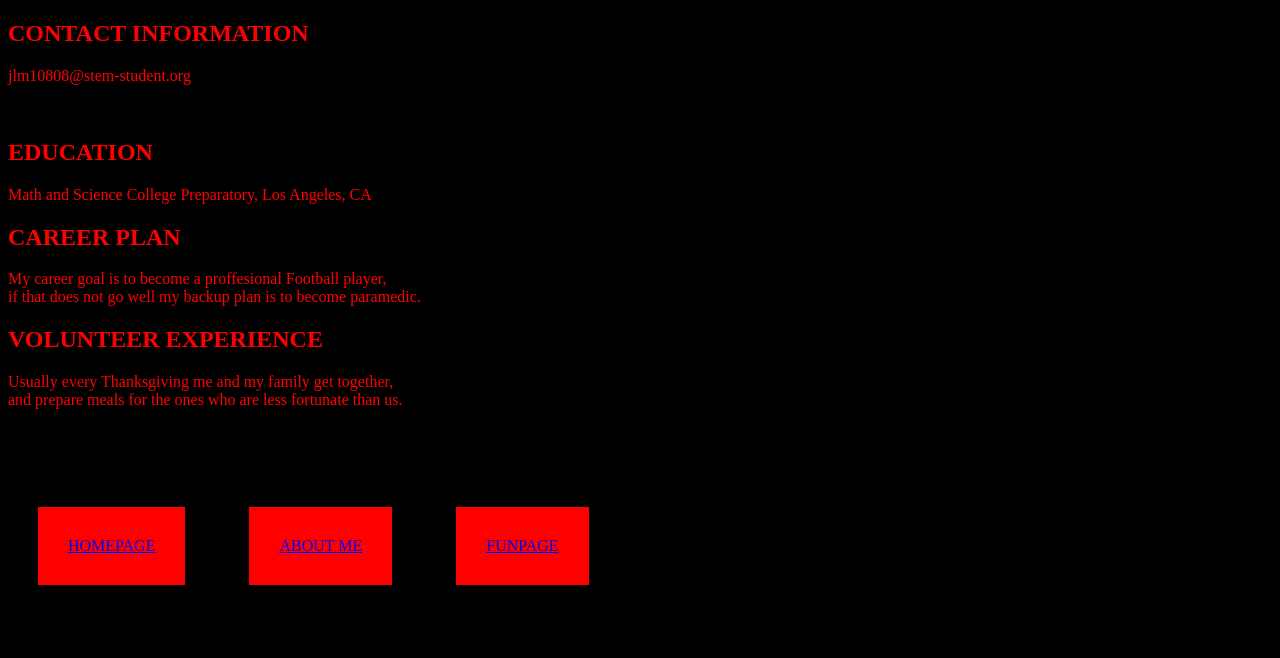
Repository: jlm10808/jlm10808.github.io
Page: RESUME.html
The author's editor kept a record of every edit. The page is drawn from the files as they stood at one moment, then again after the next edit.
The browser window is 1280 px wide. The pictures show the whole page.

Above is the page before.

After the next edit:
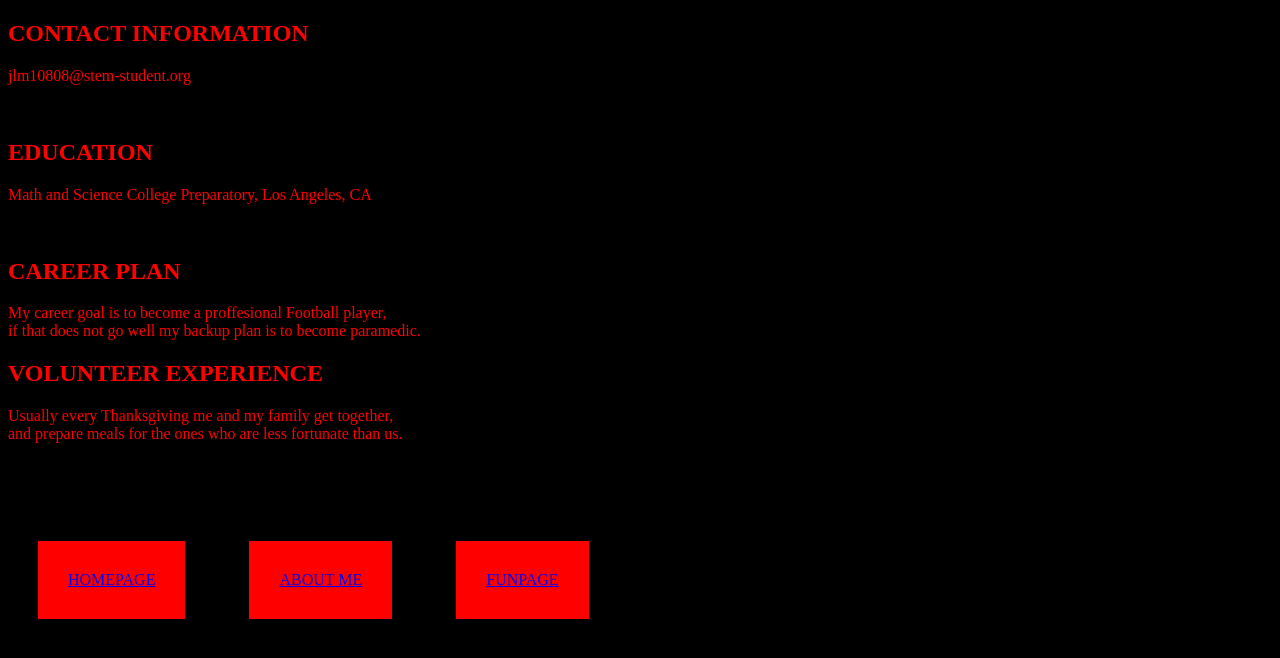
The edit:
--- a/RESUME.html
+++ b/RESUME.html
@@ -9,7 +9,7 @@
 <p>jlm10808@stem-student.org</p><br>
 
 <h2>EDUCATION</h2>
-<p>Math and Science College Preparatory, Los Angeles, CA</p>
+<p>Math and Science College Preparatory, Los Angeles, CA</p><br>
 
 <h2>CAREER PLAN</h2>
 <p>My career goal is to become a proffesional Football player,<br> if that does not go well my backup plan is to become paramedic.</p>
